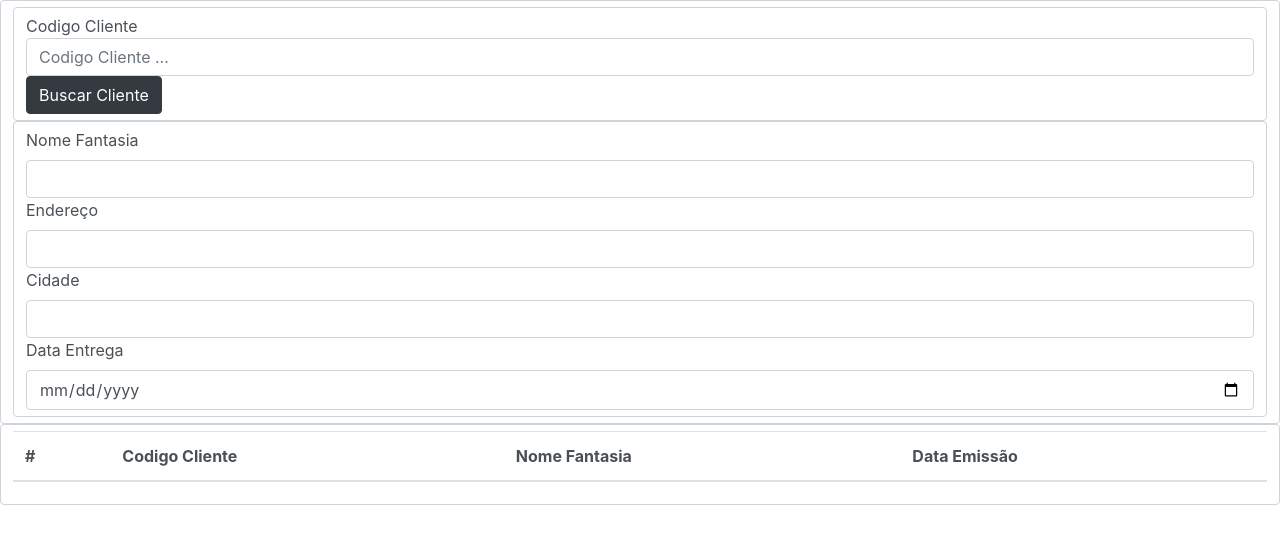
Repository: RobertoAntunes35/controle-estoque
Page: backend/templates/paginaGeracaoPedidos.html
An editor plug-in stored every save of this project. The page is shown before and after the next save, followed by the edit.
The browser window is 1280 px wide. The pictures show the whole page.
Some web libraries are served in a nearby version. The template is drawn by Flask 3. The application's start-up code is not run. The template is opened directly, without the code that normally fills it, so the values that code supplies are empty.

Above is the page before, as saved 2023-06-06 10:40:19.

After the next save:
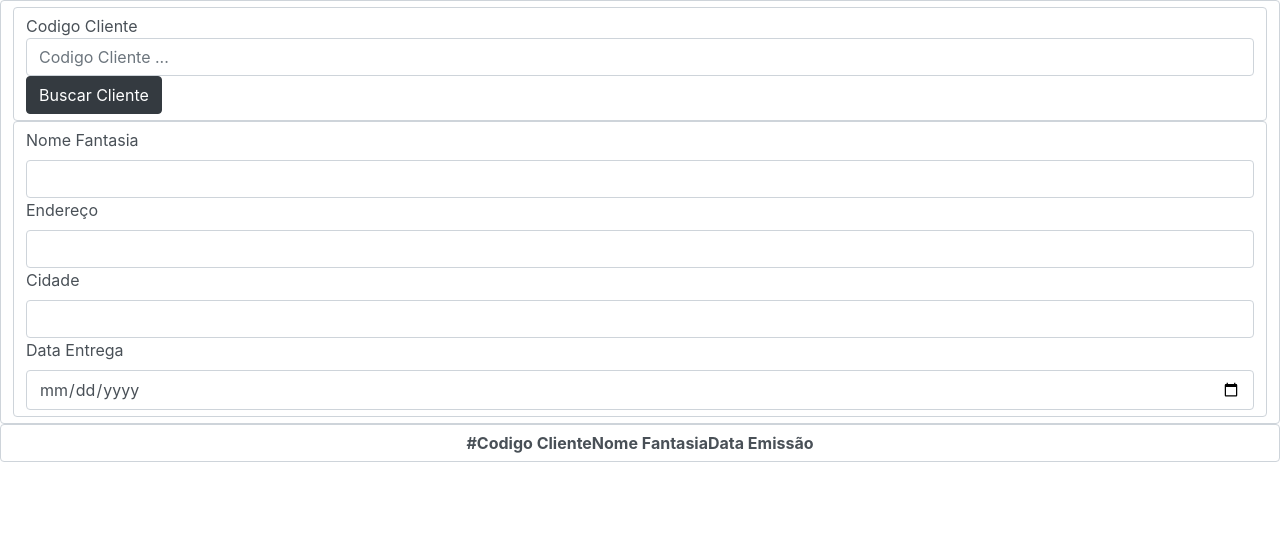
Saved 4 s later.
--- a/backend/templates/paginaGeracaoPedidos.html
+++ b/backend/templates/paginaGeracaoPedidos.html
@@ -27,7 +27,7 @@
                 </div>
             </div>
             <div class="produtos form-control">
-                <table class="table">
+                <table class="">
                     <thead>
                         <tr>
                             <th scope="col">#</th>

After the save that followed:
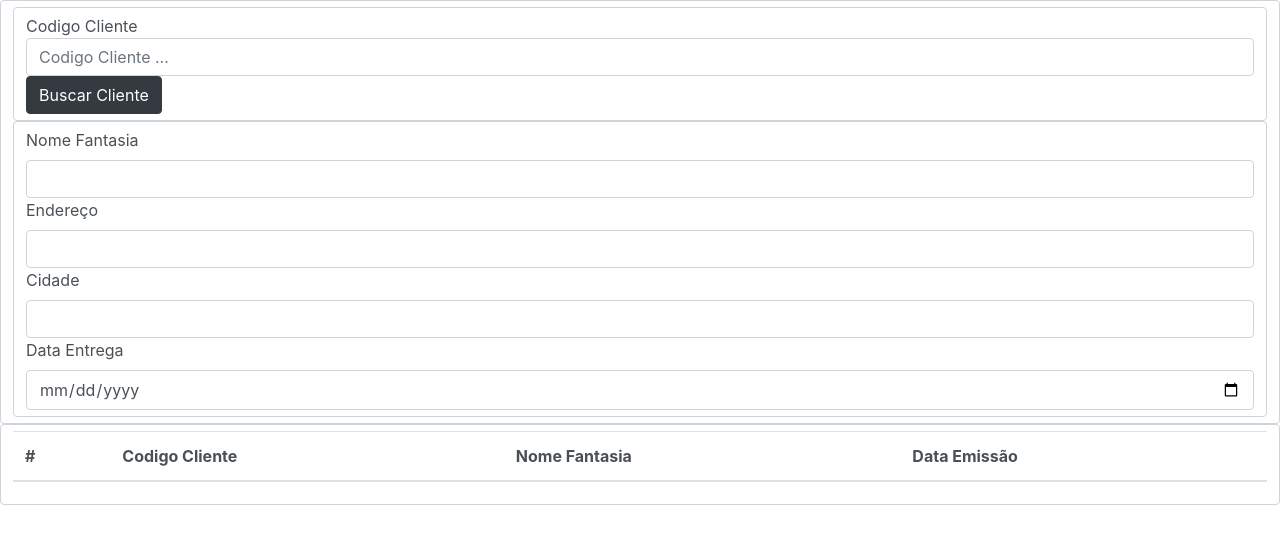
Saved 5 s later.
--- a/backend/templates/paginaGeracaoPedidos.html
+++ b/backend/templates/paginaGeracaoPedidos.html
@@ -27,7 +27,7 @@
                 </div>
             </div>
             <div class="produtos form-control">
-                <table class="">
+                <table class="table">
                     <thead>
                         <tr>
                             <th scope="col">#</th>
